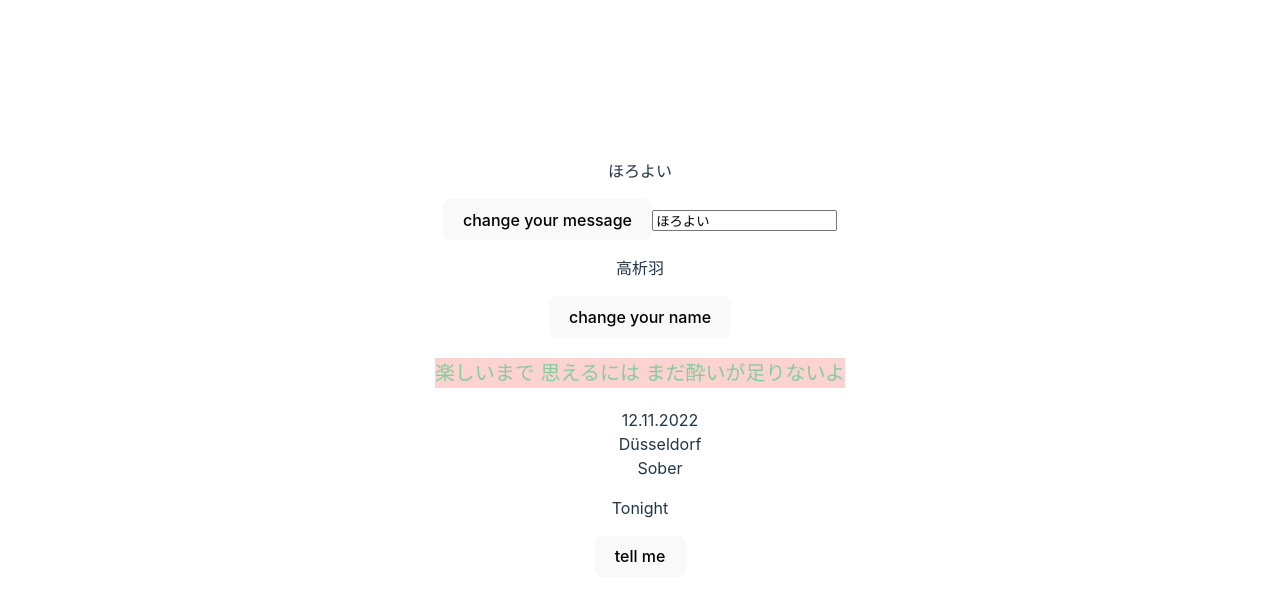
Repository: HyunraDate/NodaEmi
Page: /
The author's editor kept a copy of each file at every save. The page is drawn from the files as they stood at one save, then again after the next save.
The browser window is 1280 px wide. The pictures show the whole page.
The project was rebuilt for these pictures with package versions that can differ from the ones it lists, and the page was loaded fresh each time. Also part of the build but not shown: vite.config.js, src/components/HelloWorld.vue.

Above is the page before, as saved 2023-08-22 14:07:36.

After the next save:
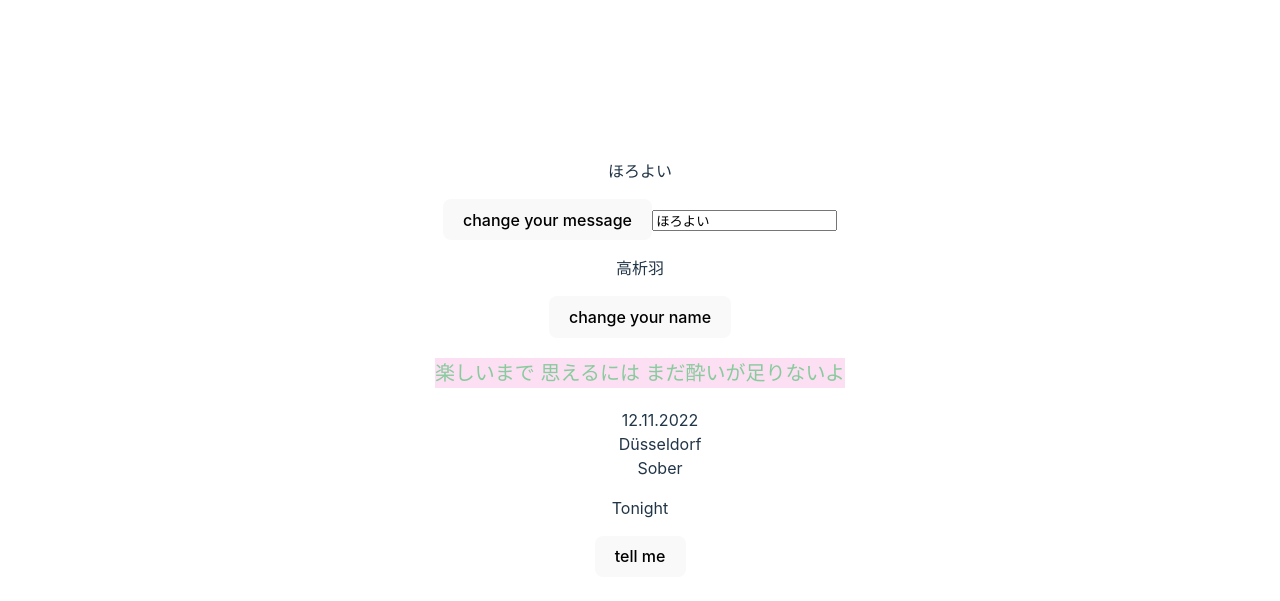
Saved 31 s later.
--- a/src/watch and dance.vue
+++ b/src/watch and dance.vue
@@ -14,7 +14,7 @@
       styleObj: {
         color: '#88CB9D',// 423 //'#89CFF0',
         fontSize:'20px',
-        "background-color": '#FCD3D1' //'#FE929F'Millennial Pink //'#febdf8'
+        "background-color": '#FCDff3'//'#FCD3D1' //'#FE929F'Millennial Pink //'#febdf8'
       },  //if 前缀太多styleObj放里度， 后面直接用styleObj就得啦
       Dating:{date:"12.11.2022", plate:"Düsseldorf", word:"Sober"},
       now:"Tonight",

After the 2 saves that followed:
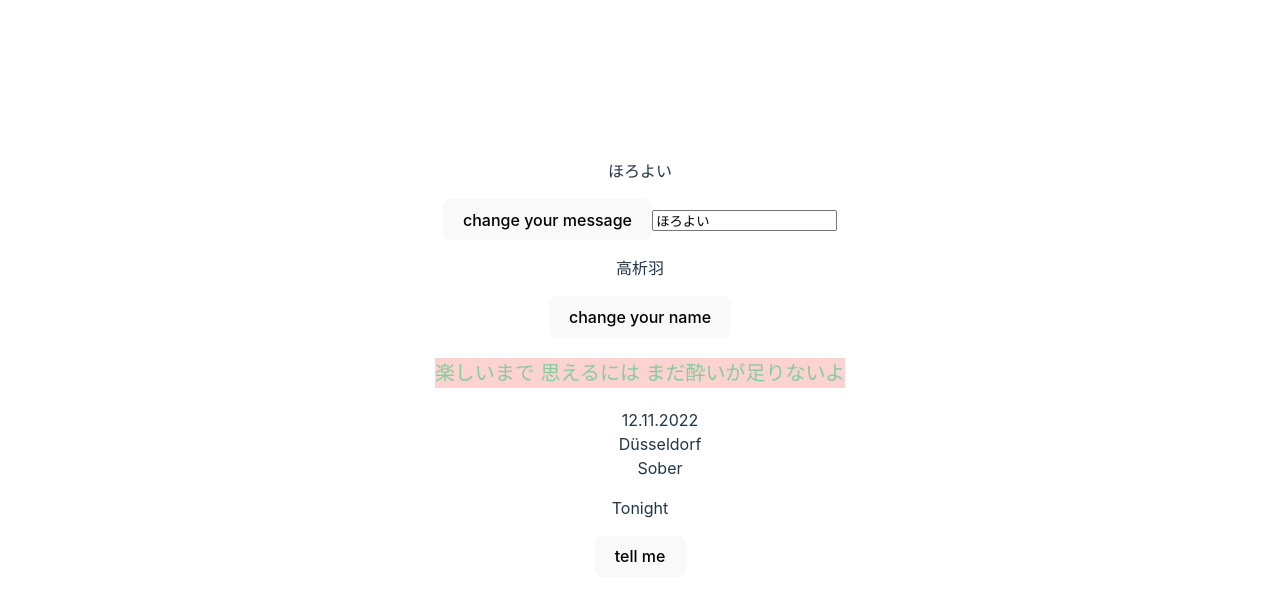
The 2 saves are shown as one change because 1 left the picture as it was.
The last was saved 26 s later.
--- a/src/watch and dance.vue
+++ b/src/watch and dance.vue
@@ -14,7 +14,7 @@
       styleObj: {
         color: '#88CB9D',// 423 //'#89CFF0',
         fontSize:'20px',
-        "background-color": '#FCDff3'//'#FCD3D1' //'#FE929F'Millennial Pink //'#febdf8'
+        "background-color": '#FCD3D1'//'#FCDFF3' //'#FE929F'Millennial Pink //'#febdf8'
       },  //if 前缀太多styleObj放里度， 后面直接用styleObj就得啦
       Dating:{date:"12.11.2022", plate:"Düsseldorf", word:"Sober"},
       now:"Tonight",
